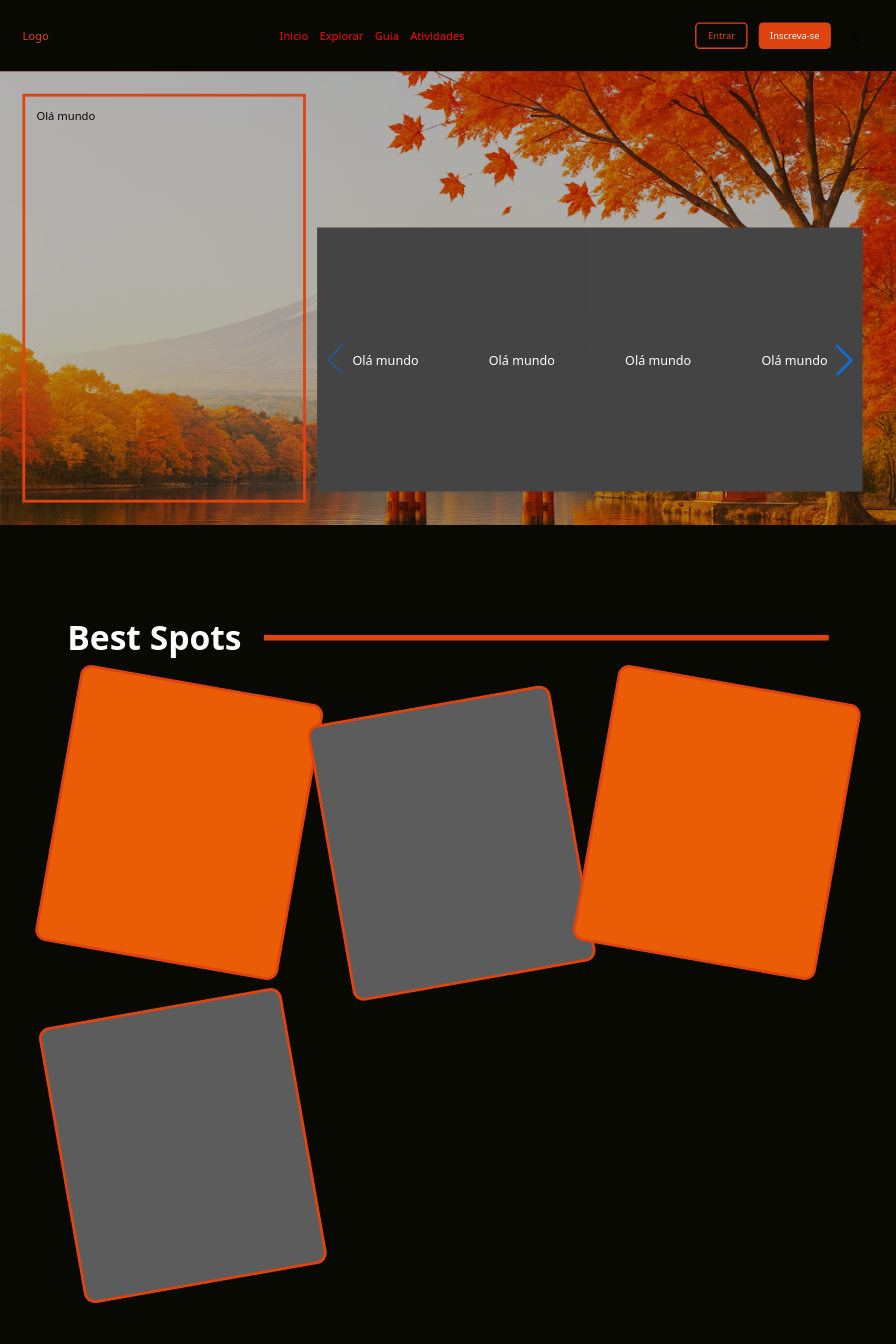
Repository: pedroantoniosi/readleaf--site
Page: /
The author's editor kept a copy of each file at every save. The page is drawn from the files as they stood at one save, then again after the next save.
The browser window is 1280 px wide. The pictures show the part of the page from y = 0 to 1920 px (the page is 5163 px tall), at 70% of full size.
The project was rebuilt for these pictures with package versions that can differ from the ones it lists, and the page was loaded fresh each time. Also part of the build but not shown: vite.config.ts.

Above is the page before, as saved 2025-11-27 17:47:48.

### index.html
<!doctype html>
<html lang="en" data-theme="dark">

<head>
  <meta charset="UTF-8" />
  <link rel="icon" type="image/svg+xml" href="/vite.svg" />
  <meta name="viewport" content="width=device-width, initial-scale=1.0" />
  <title>Redleaf | Japanese Traveling</title>
  <link rel="stylesheet" href="https://cdn.jsdelivr.net/npm/bootstrap-icons@1.13.1/font/bootstrap-icons.min.css">
</head>

<body>
  <div id="root"></div>
  <script type="module" src="/src/main.tsx"></script>
</body>




</html>

### src/main.tsx
import { StrictMode } from "react";
import { createRoot } from "react-dom/client";
import "./index.css";
import "./reset.css";
import App from "./App.tsx";

createRoot(document.getElementById("root")!).render(
  <StrictMode>
    <App />
  </StrictMode>
);

### src/index.css
:root {
  font-family: system-ui, Avenir, Helvetica, Arial, sans-serif;
  font-weight: 400;
  color-scheme: light dark;
  color: rgba(255, 255, 255, 0.87);
  background-color: var(--light);
  font-synthesis: none;
  text-rendering: optimizeLegibility;
  -webkit-font-smoothing: antialiased;
  -moz-osx-font-smoothing: grayscale;
  --primaryColor: #DF430F;
  --light: #fff;
  --dark: #000;
}

:root[data-theme="dark"] {
  --light: #080903;
  --dark: #fff;

  & .homeContainer {

    & .bannerBackground {
      background-image: url("./assets/banner-dark.png");
    }
  }
}

body {
  background-color: var(--light);
  color: var(--dark);
}

### src/App.tsx
import Home from "./pages/home/home";

function App() {
  return (
    <>
      <Home />
    </>
  );
}

export default App;

### src/pages/home/home.tsx
// import styles from "./Index.module.css";
import Navbar from "../../components/Navbar/Index";
import SwiperNav from "../../components/SliderNavigation/Index";
import styles from "./index.module.css";
import TemplateAuto from "../../components/Template/template-auto";
import TemplateGrid from "../../components/Template/template-grid";
import Container from "../../components/Container/Index";
import Banner from "../../assets/banner.png";
import About from "../../assets/tour.png";
// Hooks
import { useIsMobile } from "../../hooks/useIsMobile";
// Imagens

// import Button from "../../components/Button/Index";

const Home = () => {
  const isMobile = useIsMobile();
  return (
    <>
      <Navbar />
      {/* Lorem ipsum dolor sit amet consectetur, adipisicing elit. Labore, repellat? */}
      <section className={styles.heroContainer}>
        <img className={styles.heroBanner} src={Banner} alt="" />
        <Container className={styles.heroContent}>
          <div className={styles.bbb}>Olá mundo</div>
          <div className={styles.ccc}>
            <SwiperNav sliderNumber={isMobile ? 1.5 : 4}>Olá mundo</SwiperNav>
          </div>
        </Container>
      </section>
      {/* Lorem ipsum dolor sit amet consectetur, adipisicing elit. Labore, repellat? */}

      {/* Lorem ipsum dolor sit amet consectetur, adipisicing elit. Labore, repellat? */}
      <section className={styles.tourContent}>
        <Container>
          <div className={styles.sectionHeader}>
            <h2 className={styles.sectionTitle}>Best Spots</h2>
            <div className={styles.sectionLine}></div>
          </div>
          <TemplateAuto
            mode="auto-fit"
            minWidth="300px"
            minHeight="400px"
            gap="2rem"
          >
            <div className={styles.card}></div>
            <div className={styles.card}></div>
            <div className={styles.card}></div>
            <div className={styles.card}></div>
          </TemplateAuto>
        </Container>
      </section>
      {/* Best Hotels Section */}
      <section>
        <Container>
          <div className={styles.sectionHeader}>
            <h2 className={styles.sectionTitle}>Best Hotels</h2>
            <div className={styles.sectionLine}></div>
          </div>
          <TemplateAuto mode="auto-fit" minWidth="unset" minHeight="600px">
            <SwiperNav sliderNumber={isMobile ? 1 : 4}>Olá mundo</SwiperNav>
          </TemplateAuto>
        </Container>
      </section>
      {/* Top Places Section */}
      <section>
        <Container>
          <div className={styles.sectionHeader}>
            <h2 className={styles.sectionTitle}>Top Places</h2>
            <div className={styles.sectionLine}></div>
          </div>
          <TemplateAuto mode="auto-fit" minWidth="unset" minHeight="600px">
            <SwiperNav sliderNumber={isMobile ? 1.5 : 4}>Olá mundo</SwiperNav>
          </TemplateAuto>
        </Container>
      </section>

      {/* Lorem ipsum dolor sit amet consectetur, adipisicing elit. Labore, repellat? */}
      <section className={styles.packagesContainer}>
        <Container>
          <div className={styles.sectionHeader}>
            <h2 className={styles.sectionTitle}>More Information</h2>
            <div className={styles.sectionLine}></div>
          </div>
          <TemplateGrid columns="10fr 6fr 6fr" gap="2rem">
            <div className={styles.card}></div>
            <div className={styles.card}></div>
            <div className={styles.card}></div>
          </TemplateGrid>
        </Container>
      </section>
      {/* Lorem ipsum dolor sit amet consectetur, adipisicing elit. Labore, repellat? */}
      <section className={styles.aboutContainer}>
        <Container>
          <div className={styles.sectionHeader}>
            <h2 className={styles.sectionTitle}>About The Tour</h2>
            <div className={styles.sectionLine}></div>
          </div>
          <div className="row-md gap-2">
            <div className="flex-1 row align-end">
              <div className={styles.aboutCaption}>
                <p className={styles.text}>
                  Lorem ipsum dolor sit, amet consectetur adipisicing elit.
                  Temporibus illum, repudiandae placeat adipisci sapiente ipsa
                  non consectetur voluptas obcaecati recusandae quis eos
                  aperiam, aliquam fugit distinctio minima, alias saepe omnis.
                </p>
              </div>
            </div>
            <div className={styles.aboutBanner}>
              <img src={About} alt="" />
            </div>
          </div>
        </Container>
      </section>
    </>
  );
};

export default Home;

### src/components/Navbar/Index.tsx
import styles from "./Index.module.css";
import Button from "../Button/Index";
import Container from "../Container/Index";

const Navbar = () => {
  return (
    <>
      <nav className={styles.navbar}>
        <Container className="row gap-1 justify-between align-center">
          <div className="logo">Logo</div>
          <ul className="nav-list row gap-1">
            <li className={styles.navLink}>Inicio</li>
            <li className={styles.navLink}>Explorar</li>
            <li className={styles.navLink}>Guia</li>
            <li className={styles.navLink}>Atividades</li>
          </ul>
          <div className="row gap-1">
            <Button className={styles.buttonRegister} text="Entrar" />
            <Button className={styles.buttonLogin} text="Inscreva-se" />
            <Button className="bi bi-moon" text="" />
          </div>
        </Container>
      </nav>
    </>
  );
};

export default Navbar;

### src/components/SliderNavigation/Index.tsx
import React from "react";

interface swiperProps {
  sliderNumber: number;
  children?: React.ReactNode;
}

// Swiper
import { Swiper, SwiperSlide } from "swiper/react";
import { Navigation } from "swiper/modules";

// Estilos obrigatórios
import "swiper/css";
import "swiper/css/navigation";

import styles from "./index.module.css";

const SwiperNav = ({ sliderNumber, children }: swiperProps) => {
  return (
    <Swiper
      navigation={true}
      modules={[Navigation]}
      className={styles.mySwiper}
      slidesPerView={sliderNumber}
    >
      {Array.from({ length: 9 }).map((_, i) => (
        <SwiperSlide key={i} className={styles.swiperSlider}>
          {children}
        </SwiperSlide>
      ))}
    </Swiper>
  );
};

export default SwiperNav;

### src/pages/home/index.module.css
@import "../../index.css";


/* Default Styles */
.sectionHeader {
    margin: 2rem 0 1rem 0;
    display: flex;
    align-items: center;
    gap: 2rem;
    padding: 1rem;
    width: 100%;
    align-items: stretch;
}

.sectionHeader .sectionTitle {
    font-size: 3rem;
    font-weight: 600;

}

.sectionHeader .sectionLine {
    position: relative;
    flex: 1;


    &::after {
        position: absolute;
        content: ' ';
        width: 100%;
        height: .5rem;
        background-color: var(--primaryColor);
        top: 50%;
        transform: translateY(-50%);
    }
}

/* Home Styles */
.heroContainer {
    position: relative;
    display: grid;
    height: 100svh;

    & img {
        z-index: 1;
        filter: brightness(70%);
    }

    & .heroBanner {
        position: absolute;
        width: 100%;
        height: 100%;
        left: 0;
        bottom: 0;
    }

    & .heroContent {
        padding: 2rem;
        display: flex;
        flex-direction: column;
        overflow: hidden;

        & .bbb {
            padding: 1rem;
            color: var(--light);
            z-index: 2;
        }

        & .ccc {
            padding: 1rem;
            max-height: 70%;
            height: 100%;
            overflow: hidden;
            margin-top: auto;
            background-color: red;
        }
    }
}

.tourContent {
    & .card {
        background-color: red;
    }
}


& .card {
    padding: 1rem;
    border: 4px solid var(--primaryColor);
    border-radius: 1rem;
}


.packagesContainer {
    & .card {
        min-height: 600px;
    }
}

.aboutContainer {
    & .aboutCaption {
        & .text {
            max-width: 600px;
        }
    }
}

:root[data-theme="dark"] {}


@media (min-width: 1024px) {
    .heroContainer {
        position: relative;
        display: grid;
        height: 90svh;

        & .heroBanner {
            position: absolute;
            width: 100%;
            height: 100%;
            left: 0;
            bottom: 0;
        }

        & .heroContent {
            padding: 2rem;
            display: grid;
            grid-template-columns: 6fr 12fr;
            background-color: red;

            & .bbb {
                width: 100%;
                border: 4px solid var(--primaryColor);
                color: var(--light);
            }

            & .ccc {
                max-height: 70%;
                height: 100%;
                overflow: hidden;
                margin-top: auto;
            }
        }
    }

    .tourContent {
        padding: 4rem;


        & .card {
            position: relative;
            padding: 1rem;
            border-radius: 1rem;
        }

        & .card:nth-child(odd) {
            background: #EA5C06;
            transform: rotate(10deg);
        }

        & .card:nth-child(even) {
            background: #5c5c5c;
            transform: rotate(-10deg) translateY(30px);
        }
    }

    .aboutContainer {
        & img {
            max-width: 768px;
        }
    }
}

### src/components/Template/template-auto.tsx
import styles from "./index.module.css";

interface AutoGridProps {
  mode: "auto-fill" | "auto-fit";
  minWidth: string;
  minHeight?: string;
  gap?: string;
  children?: React.ReactNode;
  className?: string;
}

const AutoGrid = ({
  mode,
  minWidth,
  minHeight,
  gap = "1rem",
  children,
  className,
}: AutoGridProps) => {
  return (
    <div
      className={`${styles.grid} ${className || ""}`}
      style={{
        gridTemplateColumns: `repeat(${mode}, minmax(${minWidth}, 1fr))`,
        gridAutoRows: `${minHeight}`,
        gap,
      }}
    >
      {children}
    </div>
  );
};

export default AutoGrid;

### src/components/Template/template-grid.tsx
import styles from "./index.module.css";

interface TemplateProps {
  columns: string;
  rows?: string;
  gap?: string;
  children?: React.ReactNode;
  className?: string; // classes adicionais
}

const Grid = ({ columns, rows, gap = "1rem", children }: TemplateProps) => {
  return (
    <div
      className={styles.grid}
      style={{
        gridTemplateColumns: `${columns}`,
        gridAutoRows: rows,
        gap,
      }}
    >
      {children}
    </div>
  );
};

export default Grid;

### src/components/Container/Index.tsx
import styles from "./Index.module.css";

interface ContainerProps {
  className?: string;
  children?: React.ReactNode;
}

const Container = ({ className, children }: ContainerProps) => {
  return (
    <div
      className={`${styles["container"]} ${className ? className : ""}`.trim()}
    >
      {children}
    </div>
  );
};

export default Container;

### src/hooks/useIsMobile.tsx
// src/hooks/useIsMobile.ts
import { useEffect, useState } from "react";

export function useIsMobile(breakpoint = 768) {
  const [isMobile, setIsMobile] = useState(false);

  useEffect(() => {
    const check = () => setIsMobile(window.innerWidth < breakpoint);
    check();
    window.addEventListener("resize", check);
    return () => window.removeEventListener("resize", check);
  }, [breakpoint]);

  return isMobile;
}

### src/components/Navbar/index.module.css
@import "../../index.css";

.navbar {
    display: flex;
    flex-wrap: wrap;
    padding: 1rem;
    color: var(--primaryColor);
    font-weight: 500;

    & .navLink {
        color: #747474;

        &:nth-of-type(1) {
            color: var(--primaryColor);
        }
    }

    & .buttonRegister {
        border: 2px solid var(--primaryColor);
        color: var(--primaryColor);
    }

    & .buttonLogin {
        background-color: var(--primaryColor);
        color: var(--light);
    }
}


:root[data-theme="dark"] {
    .navLink {
        color: #ff0000;
    }

    & .buttonLogin {
        color: #fff;
    }
}

### src/components/Button/Index.tsx
import styles from "./Index.module.css";

interface ButtonProps {
  text: string;
  className?: string; // classes adicionais
}

const Button = ({ text, className }: ButtonProps) => {
  return (
    <button
      className={`${styles["button"]} ${className ? className : ""}`.trim()}
    >
      {text}
    </button>
  );
};

export default Button;

### src/components/SliderNavigation/index.module.css
.mySwiper {
    width: 100%;
    height: 100%;
}

.swiperSlider {
    text-align: center;
    font-size: 18px;
    background: #444;
    display: flex;
    justify-content: center;
    align-items: center;
}

### src/components/Template/index.module.css
.grid {
    display: grid;
    width: 100%;
}

@media (max-width: 768px) {
    .grid {
        grid-template-columns: 1fr !important;
    }
}

### src/components/Container/index.module.css
@import "../../index.css";

.container {
    padding: 1rem;
    width: 100%;
    margin: 0 auto;
    max-width: 1660px;
}

### src/components/Button/index.module.css
.button {
    width: fit-content;
    padding: .5rem 1rem;
    border-radius: .4rem;
}

Loaded but not shown: src/reset.css (813 lines, source omitted)

After the next save:
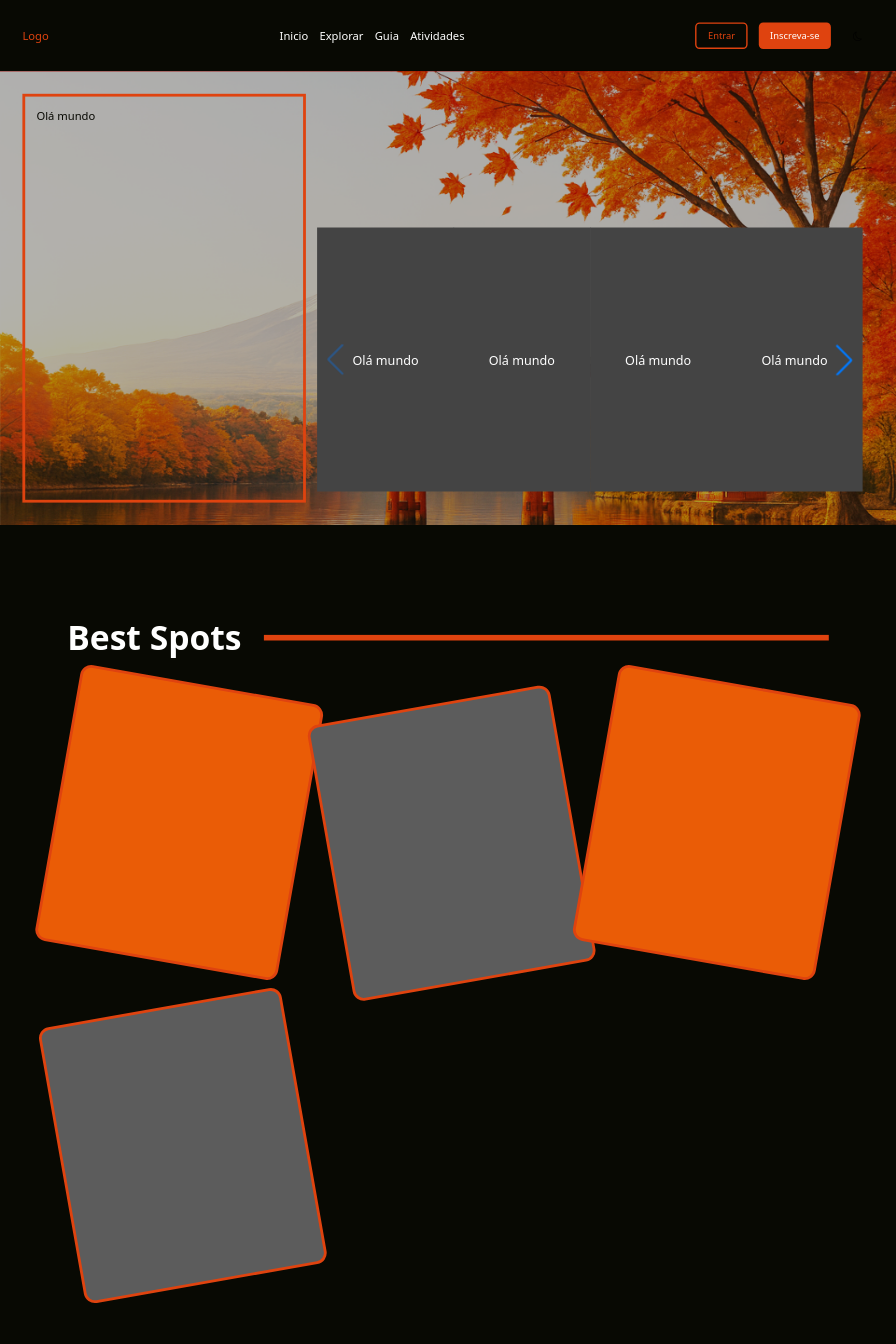
Saved 10 s later.
--- a/src/components/Navbar/index.module.css
+++ b/src/components/Navbar/index.module.css
@@ -29,7 +29,7 @@
 
 :root[data-theme="dark"] {
     .navLink {
-        color: #ff0000;
+        color: #fff;
     }
 
     & .buttonLogin {
